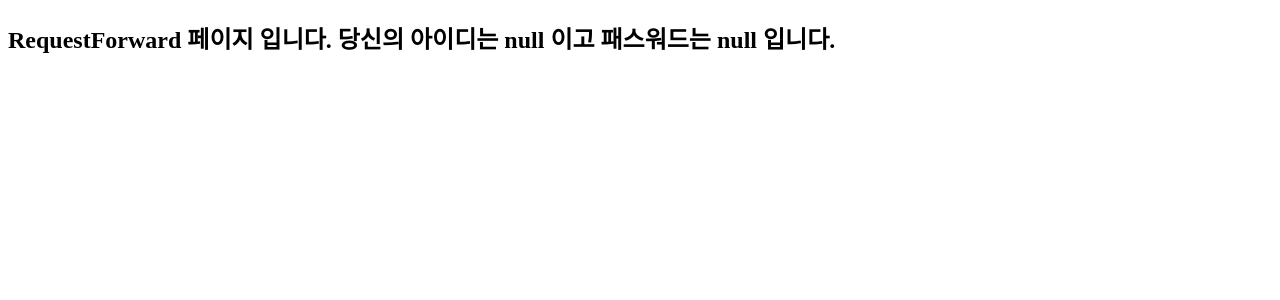
Repository: kdw1437/CreateBoardProject
Page: http://localhost/JSP2/RequestForward.jsp
An editor plug-in stored every save of this project. The page is shown before and after the next save, followed by the edit.
The browser window is 1280 px wide. The pictures show the whole page.
The page is served by Tomcat 9.

Above is the page before, as saved 2024-08-05 08:54:01.

After the next save:
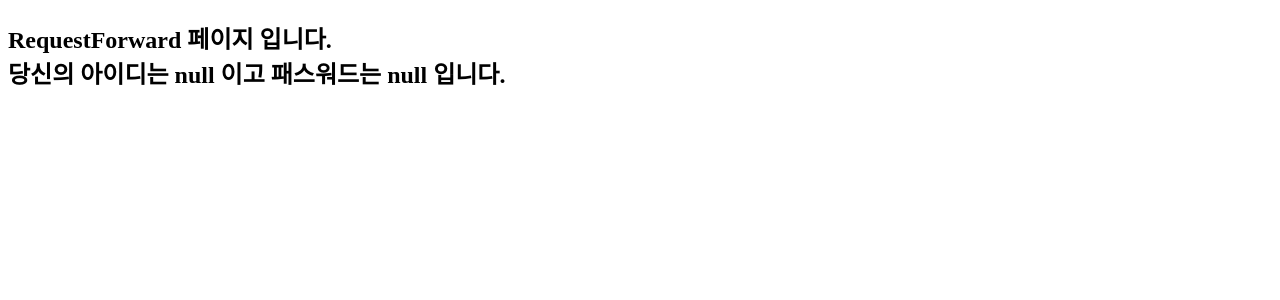
Saved 8 s later.
--- a/JSP2/src/main/webapp/RequestForward.jsp
+++ b/JSP2/src/main/webapp/RequestForward.jsp
@@ -20,7 +20,7 @@
 %>
 
 	<h2>
-	RequestForward 페이지 입니다.
+	RequestForward 페이지 입니다. <br>
 	당신의 아이디는 <%= id %> 이고 패스워드는 <%= pass %> 입니다.
 	</h2>
 
